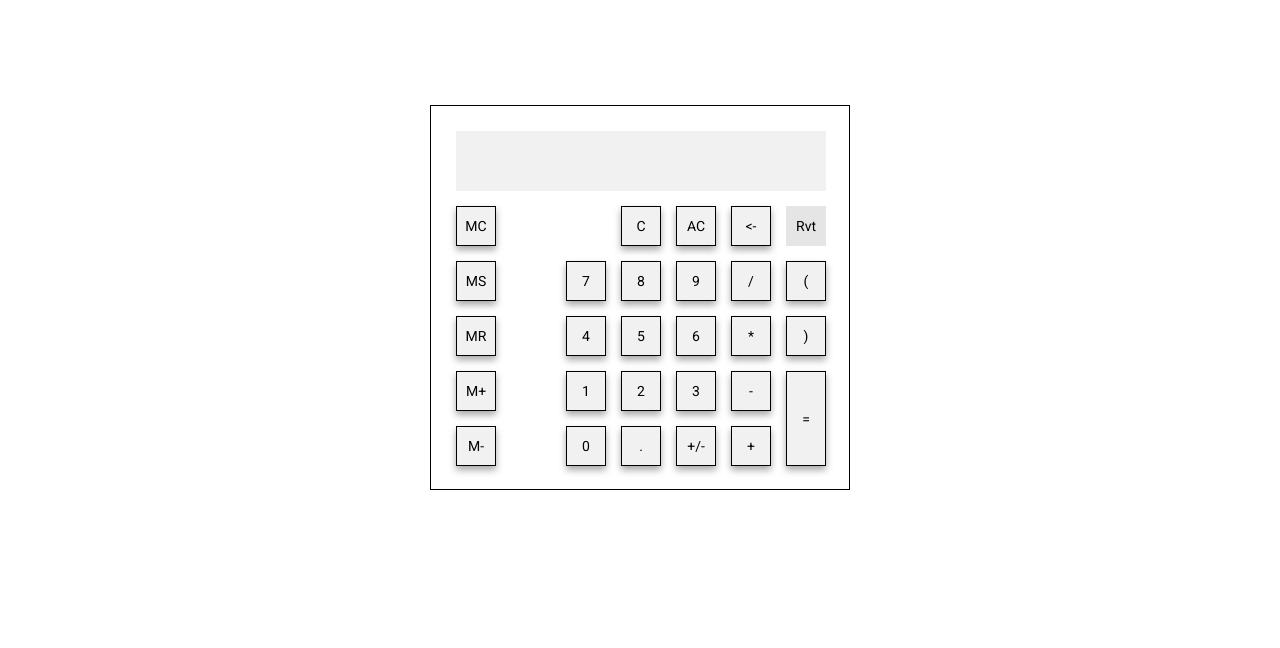
Repository: Teracle/calculator
Page: index.html
The author's editor kept a copy of each file at every save. The page is drawn from the files as they stood at one save, then again after the next save.
The browser window is 1280 px wide. The pictures show the whole page.
After loading, the first visible `#divide` was clicked once.

Above is the page before, as saved 2022-05-06 15:27:29.

### index.html
<!DOCTYPE html>
<html lang="en">
<head>
    <meta charset="UTF-8">
    <meta http-equiv="X-UA-Compatible" content="IE=edge">
    <meta name="viewport" content="width=device-width, initial-scale=1.0">
    <title>Document</title>
    <link rel="stylesheet" href="./css/style.css">

    <!--Google fonts-->
    <link rel="preconnect" href="https://fonts.googleapis.com">
    <link rel="preconnect" href="https://fonts.gstatic.com" crossorigin>
    <link href="https://fonts.googleapis.com/css2?family=Roboto&display=swap" rel="stylesheet">
    <!--Google fonts-->

</head>
<body>

    <section class="calculator">


        <div data-current-operand  class="result-field" id="result"></div>


        <div class="container">
            <div  class="previous-operand"></div>
            <div  class="current-operand"></div>

        <div class="buttons-col1">
            <div class="button">MC</div>
            <div class="button">MS</div>
            <div class="button">MR</div>
            <div class="button">M+</div>
            <div class="button">M-</div>
        </div>

        <!-- <div class="buttons-row">
            <div class="button">C</div>
            <div class="button">AC</div>
            <div class="button"><-</div>
            <div class="button button-rvt">Rvt</div>
        </div> -->

        <div class="buttons-row1">
            <div></div>
            <div data-number class="button">7</div>
            <div data-number class="button">4</div>
            <div data-number class="button">1</div>
            <div data-number class="button">0</div>

        </div>

        <div class="buttons-row2">
            <div data-all-clear id="clear" class="button">C</div>
            <div data-number class="button">8</div>
            <div data-number class="button">5</div>
            <div data-number class="button">2</div>
            <div class="button">.</div>

        </div>
        <div class="buttons-row2">
            <div data-all-clear class="button">AC</div>
            <div data-number class="button">9</div>
            <div data-number class="button">6</div>
            <div data-number class="button">3</div>
            <div class="button">+/-</div>

        </div>

        <div class="buttons-row2">
            <div data-delete class="button"><-</div>
            <div data-operation class="button" id="divide">/</div>
            <div data-operation class="button" id="times">*</div>
            <div data-operation class="button" id="minus">-</div>
            <div data-operation class="button" id="plus">+</div>

        </div>

        <div class="buttons-row2">
            <div class="button button-rvt">Rvt</div>
            <div class="button">(</div>
            <div class="button">)</div>
            <div data-equals id="result-btn" class="button button-calculate">=</div>


        </div>


        <!-- <div class="buttons-grid-main">
            <div class="button">7</div>
            <div class="button">4</div>
            <div class="button">1</div>
            <div class="button">0</div>
        </div> -->


        </div>

    </section>


    <script src="./js/script.js"></script>
</body>
</html>

### css/style.css
*{
    box-sizing: border-box;
}

h1,h2,h3,h4,h5,p{
    margin: 0;
    padding: 0;
}

body{
    font-family:'Roboto',sans-serif;
    font-weight: 400;
    font-size: 14px;
    color: #000000;
}

.container{
    margin-left: 25px;
    margin-right: 25px;
    max-width: 371px;
    display: flex;
}

.calculator{
    max-width: 420px;
    height: 385px;
    margin: 105px auto;
    border:1px solid #000000;
}

.result-field{
    margin: 25px;
    margin-bottom: 15px;
    width:370px;
    height: 60px;
    background-color: #F1F1F1;
    padding-left: 162px;
    padding-right: 15px;
    padding-top: 13px;
    font-size: 28px;
    line-height: 33px;
    text-align: right;
}



.buttons-col1>*{
    margin-bottom: 15px;
}


.button{
    width: 40px;
    height: 40px;
    background-color: #F1F1F1;
    border:1px solid #000000;
    box-shadow:0px 4px 7px rgb(0 0 0 / 35%);
    display: flex;
    justify-content: center;
    align-items: center;
    cursor: pointer;
    transition: transform .2s ease-in, box-shadow .2s ease-in;
}


.button:active{
    transform: scale(0.85);
    box-shadow: 3px 2px 25px 1px rgba(0,0,0,0.25);
}

.buttons-row{
    margin-left: 110px;
    display: flex;
}

.buttons-row>*{
    margin-left: 15px;
}

.button-rvt{
   background-color: #E5E5E5;
   border: none;
   box-shadow: unset;
}

.buttons-row1{
    margin-top: 40px;
    margin-left: 70px;
}

.buttons-row1>*,.buttons-row2>*{
    margin-bottom: 15px;
}

.buttons-row2{
    margin-left: 15px;

}

.button-calculate{
    height: 95px;
}

### js/script.js
const num1=document.getElementById('num1');
const result=document.getElementById('result');
const plus=document.getElementById('plus');

const data=document.querySelector('[data-operation]');

const resultBtn=document.querySelector('#result-btn');

const clearBtn=document.getElementById('clear');




// data.addEventListener('click',()=>{
//     console.log(this.nextElementSibling);
// })

// num1.addEventListener('click',()=>{
//     result.innerHTML+=num1.getAttribute('value');

// })

// resultBtn.addEventListener('click',()=>{
//     alert('result');
// })


// const clear=()=>result.innerHTML="";

// clearBtn.addEventListener('click',clear);


// plus.addEventListener('click',()=>{
//     alert(result.value);
// })


class Calculator {
    constructor(previousOperandTextElement, currentOperandTextElement) {
      this.previousOperandTextElement = previousOperandTextElement
      this.currentOperandTextElement = currentOperandTextElement
      this.clear();
    }

    clear() {
      this.currentOperand = '';
      this.previousOperand = '';
      this.operation = undefined;
    }

    delete() {
      this.currentOperand = this.currentOperand.toString().slice(0, -1);
    }

    appendNumber(number) {
      if (number === '.' && this.currentOperand.includes('.')) return
      this.currentOperand = this.currentOperand.toString() + number.toString()
    }

    chooseOperation(operation) {
      if (this.currentOperand === '') return
      if (this.previousOperand !== '') {
        this.compute()
      }
      this.operation = operation
      this.previousOperand = this.currentOperand
      this.currentOperand = ''
    }

    compute() {
      let computation
      const prev = parseFloat(this.previousOperand)
      const current = parseFloat(this.currentOperand)
      if (isNaN(prev) || isNaN(current)) return
      switch (this.operation) {
        case '+':
          computation = prev + current
          break
        case '-':
          computation = prev - current
          break
        case '*':
          computation = prev * current
          break
        case '÷':
          computation = prev / current
          break
        default:
          return
      }
      this.currentOperand = computation
      this.operation = undefined
      this.previousOperand = ''
    }

    getDisplayNumber(number) {
      const stringNumber = number.toString()
      const integerDigits = parseFloat(stringNumber.split('.')[0])
      const decimalDigits = stringNumber.split('.')[1]
      let integerDisplay
      if (isNaN(integerDigits)) {
        integerDisplay = ''
      } else {
        integerDisplay = integerDigits.toLocaleString('en', { maximumFractionDigits: 0 })
      }
      if (decimalDigits != null) {
        return `${integerDisplay}.${decimalDigits}`
      } else {
        return integerDisplay
      }
    }

    updateDisplay() {
      this.currentOperandTextElement.innerText =
        this.getDisplayNumber(this.currentOperand)
      if (this.operation != null) {
        this.previousOperandTextElement.innerText =
          `${this.getDisplayNumber(this.previousOperand)} ${this.operation}`
      } else {
        this.previousOperandTextElement.innerText = ''
      }
    }
  }


  const numberButtons = document.querySelectorAll('[data-number]')
  const operationButtons = document.querySelectorAll('[data-operation]')
  const equalsButton = document.querySelector('[data-equals]')
  const deleteButton = document.querySelector('[data-delete]')
  const allClearButton = document.querySelector('[data-all-clear]')
  const previousOperandTextElement = document.querySelector('[data-previous-operand]')
  const currentOperandTextElement = document.querySelector('[data-current-operand]')

  const calculator = new Calculator(previousOperandTextElement, currentOperandTextElement)

  numberButtons.forEach(button => {
    button.addEventListener('click', () => {
      calculator.appendNumber(button.innerText)
      calculator.updateDisplay()
    })
  })

  operationButtons.forEach(button => {
    button.addEventListener('click', () => {
    //   calculator.chooseOperation(button.innerText)
    //   calculator.updateDisplay()

    alert('added');
    })
  })

  equalsButton.addEventListener('click', button => {
    calculator.compute()
    calculator.updateDisplay()
  })

  allClearButton.addEventListener('click', button => {
    calculator.clear()
    calculator.updateDisplay()
  })

  deleteButton.addEventListener('click', button => {
    calculator.delete()
    calculator.updateDisplay()
  })

  document.addEventListener('keydown', function (event) {
    let patternForNumbers = /[0-9]/g;
    let patternForOperators = /[+\-*\/]/g
    if (event.key.match(patternForNumbers)) {
      event.preventDefault();
      calculator.appendNumber(event.key)
      calculator.updateDisplay()
    }
    if (event.key === '.') {
      event.preventDefault();
      calculator.appendNumber(event.key)
      calculator.updateDisplay()
    }
    if (event.key.match(patternForOperators)) {
      event.preventDefault();
      calculator.chooseOperation(event.key)
      calculator.updateDisplay()
    }
    if (event.key === 'Enter' || event.key === '=') {
      event.preventDefault();
      calculator.compute()
      calculator.updateDisplay()
    }
    if (event.key === "Backspace") {
      event.preventDefault();
      calculator.delete()
      calculator.updateDisplay()
    }
    if (event.key == 'Delete') {
      event.preventDefault();
      calculator.clear()
      calculator.updateDisplay()
    }

  });

After the next save:
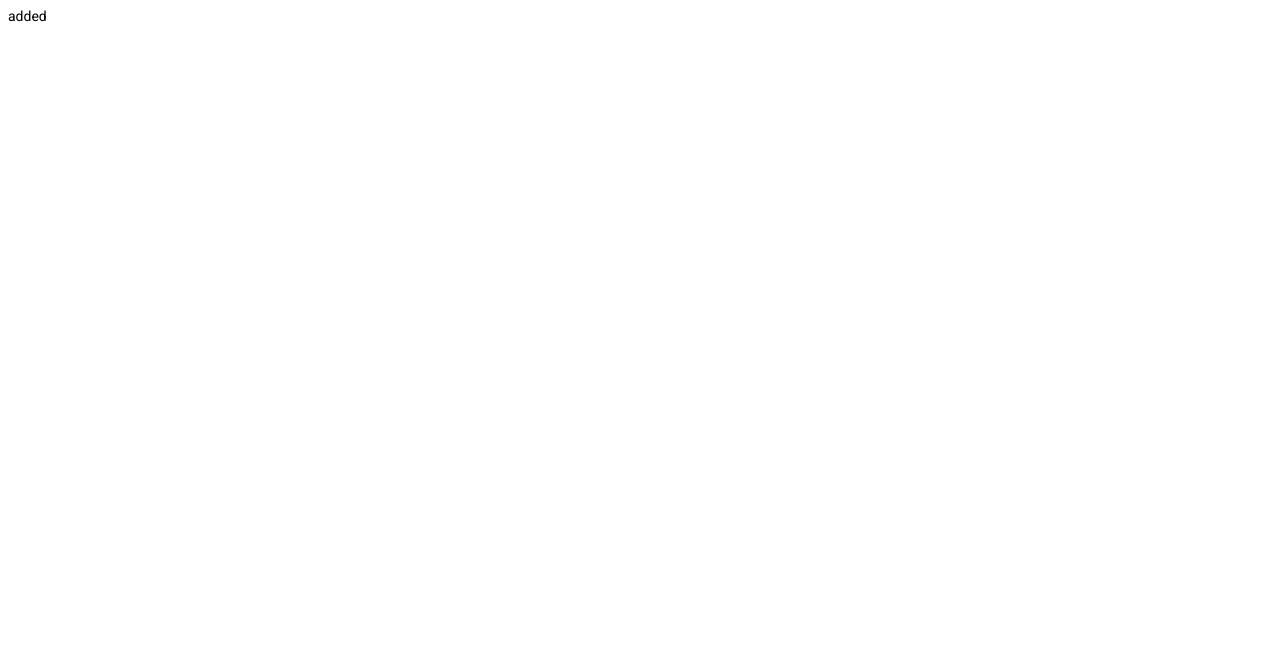
Saved 18 s later.
--- a/js/script.js
+++ b/js/script.js
@@ -145,7 +145,7 @@
     //   calculator.chooseOperation(button.innerText)
     //   calculator.updateDisplay()
 
-    alert('added');
+    document.body.innerHTML='added';
     })
   })
 

After the save that followed:
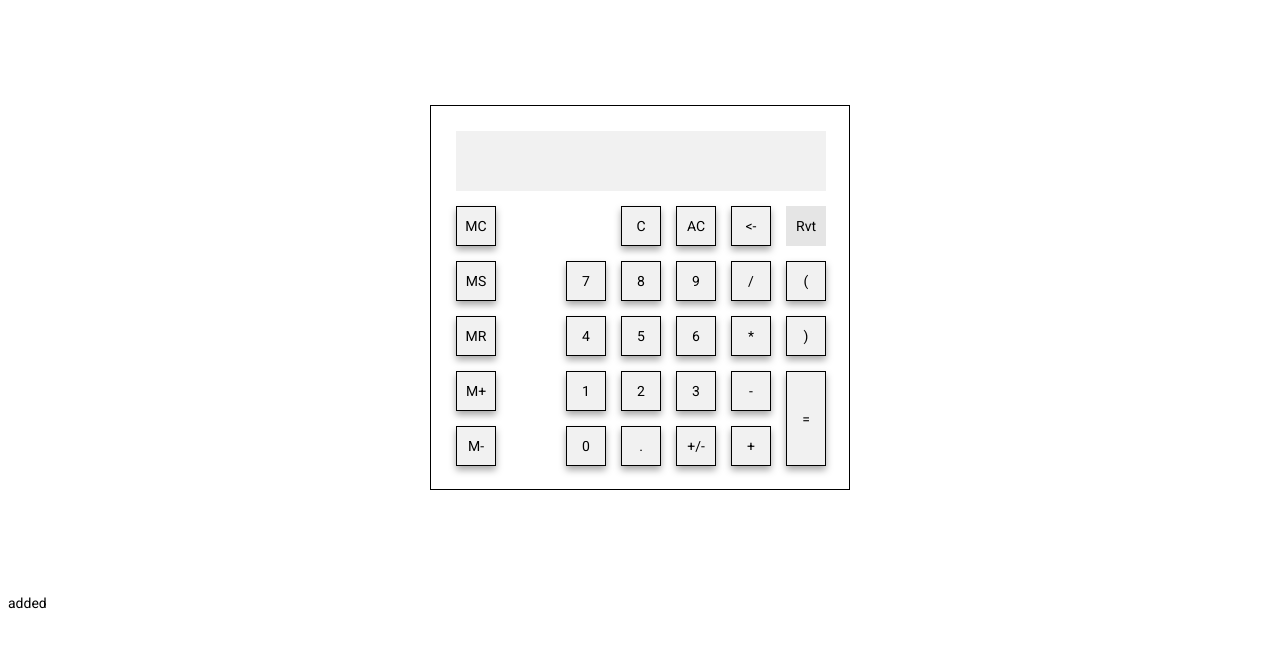
Saved 7 s later.
--- a/js/script.js
+++ b/js/script.js
@@ -145,7 +145,7 @@
     //   calculator.chooseOperation(button.innerText)
     //   calculator.updateDisplay()
 
-    document.body.innerHTML='added';
+    document.body.innerHTML+='added';
     })
   })
 
